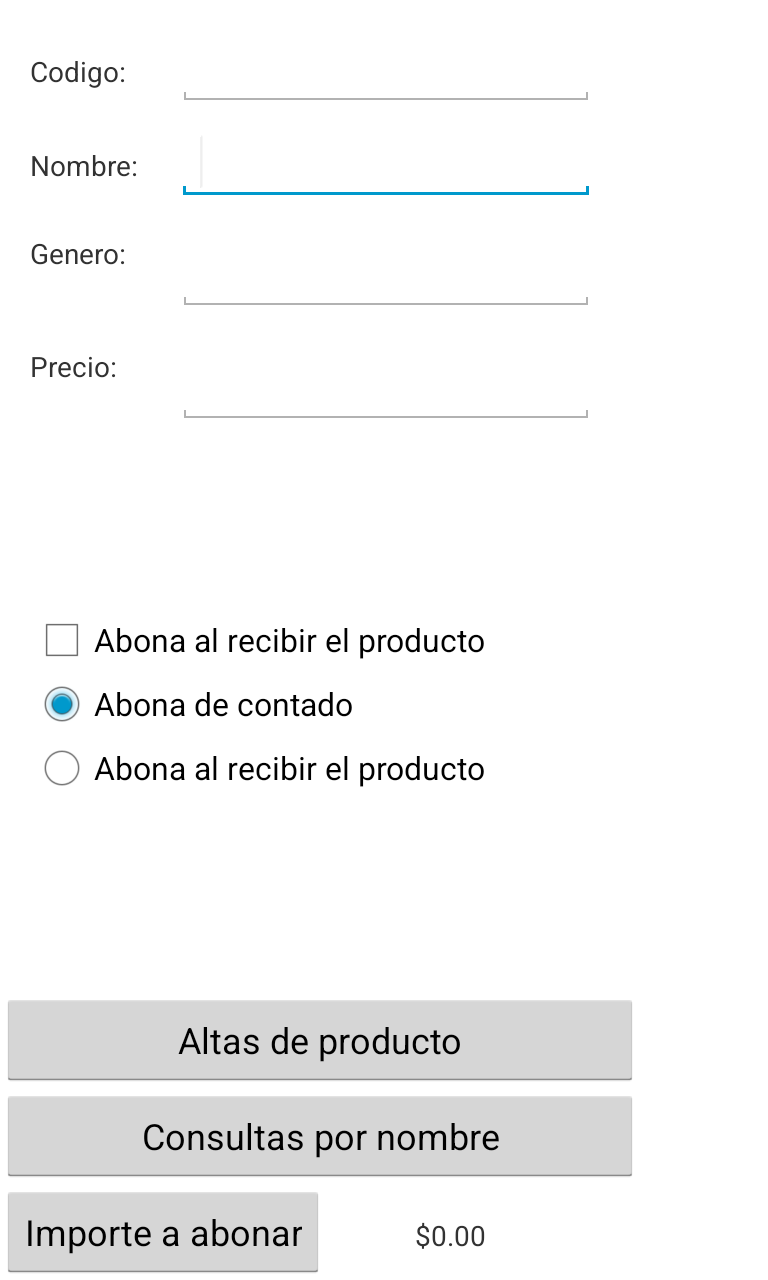
Repository: unknoman/javaAndroidDesempenos
Layout: parcial2h/res/layout/activity_main.xml
These files come from the project's save history. The layout is drawn as it stood at one moment and after the next save; the edit follows.
It is drawn on a 768 x 1280 px phone screen (xhdpi) without system bars, with theme AppTheme; the app's code is not run.

Above is the layout before, as saved 2022-06-16 06:45:42.

### parcial2h/res/layout/activity_main.xml
<RelativeLayout xmlns:android="http://schemas.android.com/apk/res/android"
    xmlns:tools="http://schemas.android.com/tools"
    android:layout_width="match_parent"
    android:layout_height="match_parent"
    tools:context=".MainActivity" >

    <TextView
        android:id="@+id/textView2"
        android:layout_width="wrap_content"
        android:layout_height="wrap_content"
        android:layout_alignParentLeft="true"
        android:layout_below="@+id/textView1"
        android:layout_marginLeft="15dp"
        android:layout_marginTop="28dp"
        android:text="Nombre:" />

    <TextView
        android:id="@+id/textView1"
        android:layout_width="wrap_content"
        android:layout_height="wrap_content"
        android:layout_alignLeft="@+id/textView2"
        android:layout_alignParentTop="true"
        android:layout_marginTop="26dp"
        android:text="Codigo:" />

    <TextView
        android:id="@+id/textView3"
        android:layout_width="wrap_content"
        android:layout_height="wrap_content"
        android:layout_alignRight="@+id/textView1"
        android:layout_below="@+id/textView2"
        android:layout_marginTop="25dp"
        android:text="Genero:" />

    <EditText
        android:id="@+id/et1"
        android:layout_width="wrap_content"
        android:layout_height="wrap_content"
        android:layout_alignBaseline="@+id/textView1"
        android:layout_alignBottom="@+id/textView1"
        android:layout_marginLeft="19dp"
        android:layout_toRightOf="@+id/textView2"
        android:ems="10"
        android:inputType="number" />

    <EditText
        android:id="@+id/et2"
        android:layout_width="wrap_content"
        android:layout_height="wrap_content"
        android:layout_alignBaseline="@+id/textView2"
        android:layout_alignBottom="@+id/textView2"
        android:layout_alignLeft="@+id/et1"
        android:ems="10" >

        <requestFocus />
    </EditText>

    <EditText
        android:id="@+id/et3"
        android:layout_width="wrap_content"
        android:layout_height="wrap_content"
        android:layout_alignLeft="@+id/et2"
        android:layout_alignTop="@+id/textView3"
        android:ems="10" />

    <EditText
        android:id="@+id/et4"
        android:layout_width="wrap_content"
        android:layout_height="wrap_content"
        android:layout_alignLeft="@+id/et3"
        android:layout_alignTop="@+id/textView4"
        android:ems="10"
        android:inputType="numberDecimal" />

    <TextView
        android:id="@+id/textView4"
        android:layout_width="wrap_content"
        android:layout_height="wrap_content"
        android:layout_alignLeft="@+id/textView2"
        android:layout_below="@+id/et3"
        android:layout_marginTop="17dp"
        android:text="Precio:" />

    <CheckBox
        android:id="@+id/cb1"
        android:layout_width="wrap_content"
        android:layout_height="wrap_content"
        android:layout_alignLeft="@+id/textView4"
        android:layout_centerVertical="true"
        android:text="Abona al recibir el producto" />

    <Button
        android:id="@+id/button3"
        android:layout_width="wrap_content"
        android:layout_height="wrap_content"
        android:layout_alignParentBottom="true"
        android:layout_alignParentLeft="true"
        android:text="Importe a abonar" />

    <Button
        android:id="@+id/button2"
        android:layout_width="320dp"
        android:layout_height="wrap_content"
        android:layout_above="@+id/button3"
        android:layout_alignParentLeft="true"
        android:text="Consultas por nombre" />

    <Button
        android:id="@+id/button1"
        android:layout_width="320dp"
        android:layout_height="wrap_content"
        android:layout_above="@+id/button2"
        android:layout_alignParentLeft="true"
        android:minWidth="64dp"
        android:text="Altas de producto" />

    <RadioGroup
        android:id="@+id/radioGroup1"
        android:layout_width="wrap_content"
        android:layout_height="wrap_content"
        android:layout_alignLeft="@+id/cb1"
        android:layout_below="@+id/cb1" >

        <RadioButton
            android:id="@+id/rd1"
            android:layout_width="wrap_content"
            android:layout_height="wrap_content"
            android:checked="true"
            android:text="Abona de contado" />

        <RadioButton
            android:id="@+id/rd2"
            android:layout_width="wrap_content"
            android:layout_height="wrap_content"
            android:text="Abona al recibir el producto" />
    </RadioGroup>

    <TextView
        android:id="@+id/tv1"
        android:layout_width="wrap_content"
        android:layout_height="wrap_content"
        android:layout_alignBaseline="@+id/button3"
        android:layout_alignBottom="@+id/button3"
        android:layout_alignRight="@+id/cb1"
        android:text="$0.00" />

</RelativeLayout>

Loaded but not shown: parcial2h/res/values/styles.xml (common file); parcial2h/res/values-v11/styles.xml (common file); parcial2h/res/values-v14/styles.xml (common file)

After the next save:
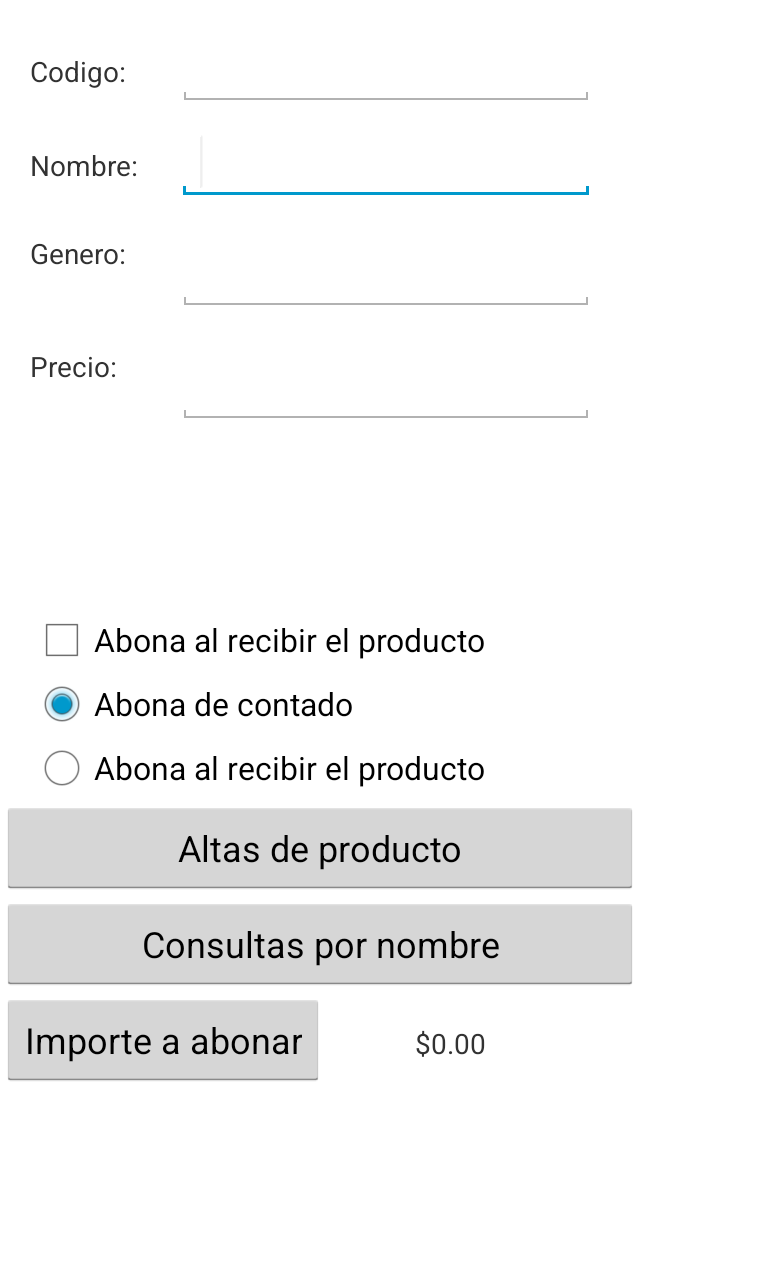
Saved 2 min 40 s later.
--- a/parcial2h/res/layout/activity_main.xml
+++ b/parcial2h/res/layout/activity_main.xml
@@ -89,31 +89,6 @@
         android:layout_centerVertical="true"
         android:text="Abona al recibir el producto" />
 
-    <Button
-        android:id="@+id/button3"
-        android:layout_width="wrap_content"
-        android:layout_height="wrap_content"
-        android:layout_alignParentBottom="true"
-        android:layout_alignParentLeft="true"
-        android:text="Importe a abonar" />
-
-    <Button
-        android:id="@+id/button2"
-        android:layout_width="320dp"
-        android:layout_height="wrap_content"
-        android:layout_above="@+id/button3"
-        android:layout_alignParentLeft="true"
-        android:text="Consultas por nombre" />
-
-    <Button
-        android:id="@+id/button1"
-        android:layout_width="320dp"
-        android:layout_height="wrap_content"
-        android:layout_above="@+id/button2"
-        android:layout_alignParentLeft="true"
-        android:minWidth="64dp"
-        android:text="Altas de producto" />
-
     <RadioGroup
         android:id="@+id/radioGroup1"
         android:layout_width="wrap_content"
@@ -144,4 +119,29 @@
         android:layout_alignRight="@+id/cb1"
         android:text="$0.00" />
 
+    <Button
+        android:id="@+id/button1"
+        android:layout_width="320dp"
+        android:layout_height="wrap_content"
+        android:layout_alignParentLeft="true"
+        android:layout_below="@+id/radioGroup1"
+        android:minWidth="64dp"
+        android:text="Altas de producto" />
+
+    <Button
+        android:id="@+id/button2"
+        android:layout_width="320dp"
+        android:layout_height="wrap_content"
+        android:layout_alignParentLeft="true"
+        android:layout_below="@+id/button1"
+        android:text="Consultas por nombre" />
+
+    <Button
+        android:id="@+id/button3"
+        android:layout_width="wrap_content"
+        android:layout_height="wrap_content"
+        android:layout_alignParentLeft="true"
+        android:layout_below="@+id/button2"
+        android:text="Importe a abonar" />
+
 </RelativeLayout>
